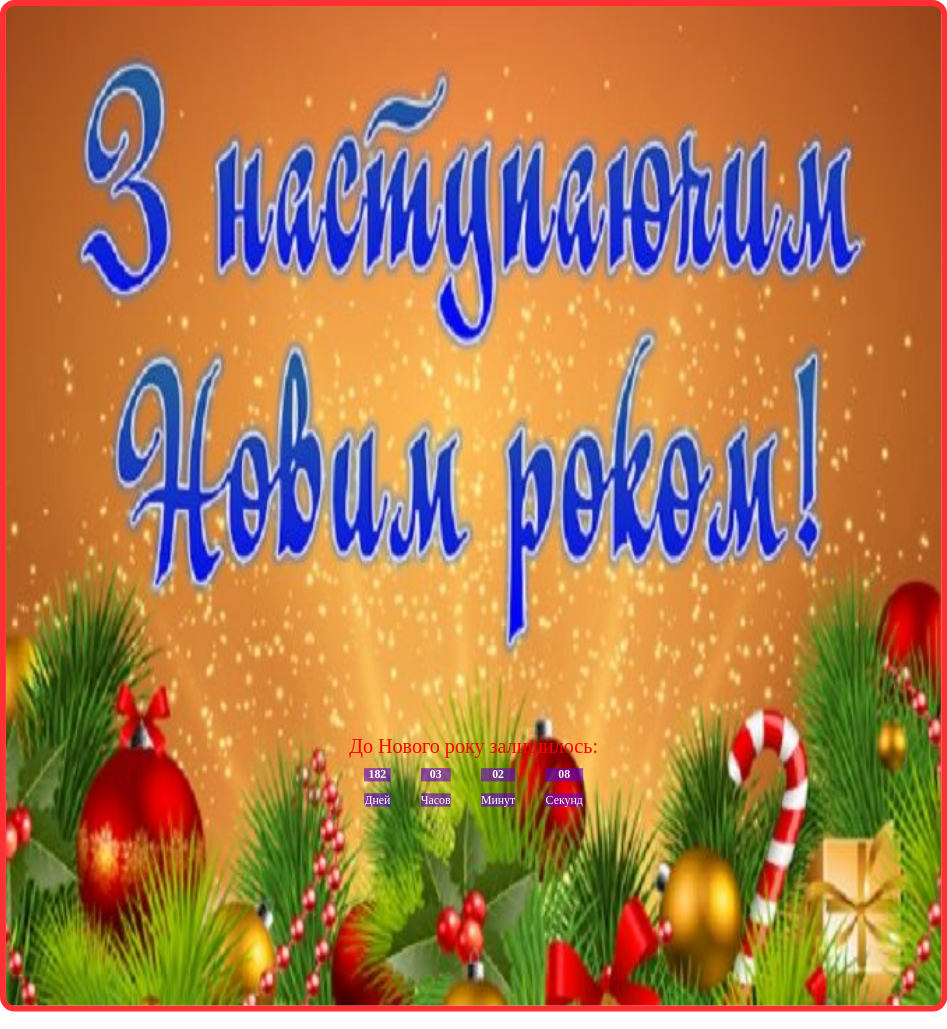
Repository: KonstantinKhamilov/JavaScript11-new-year
Page: index.html
The author's editor kept a copy of each file at every save. The page is drawn from the files as they stood at one save, then again after the next save.
The browser window is 1280 px wide. The pictures show the whole page, at 74% of full size.

Above is the page before, as saved 2024-12-29 19:13:35.

### index.html
<!DOCTYPE html>
<html lang="en">
    <head>
        <title>JavaScript11</title>

        <meta charset="utf-8">
        <meta http-equiv="X-UA-Compatible" content="IE=edge">
        <meta name="description" lang="ru" content="Стили css">
        <meta name="author" content="Константин">
        <meta name="keywords" content="Программирование, уроки JavaScript">
        <meta name="robots" content="all">
        <meta name="viewport" content="width=device-width, initial-scale=1.0">
        <link rel="stylesheet" href="newYear.css" type="text/css">
</head>

<body>
   <!--
     <h1><u>Задание 1</u></h1>
    <p>Необходимо реализовать функцию, описывающую окружность.В функции должны быть следующие компоненты:</p>
<ul type="disk">
    <li>поле, хранящее радиус окружности;</li>
    <li>get-свойство, возвращающее радиус окружности;</li>
    <li>set-свойство, устанавливающее радиус окружности;</li>
    <li>get-свойство, возвращающее диаметр окружности;</li>
    <li>метод, вычисляющий площадь окружности;</li>
    <li>метод, вычисляющий длину окружности.</li>
</ul>
       <p>Продемонстрируйте работу свойств и методов.</p>
       <p>Введите радиус окружности: </p>
       <input type="text" id="rad">
        <button onclick="showResults()">Показать результаты</button>
        <p id="output"></p>

          <h1><u>Задание 2</u></h1>
          <p>Реализуйте функцию, которая описывает css класс.функция CssClass должна содержать внутри себя:</p>
          <ul type="square">
<li>название css класса;</li>
<li>массив стилей;</li>
<li>метод для установки стиля;</li>
<li>метод для удаления стиля;</li>
<li>метод getCss(), который возвращает css код в виде строки.</li>
          </ul>

          <p>Введите название класса:</p>
    <input type="text" id="class" />
    <button onclick="showCSS()">Показать результат генерации</button>
    <p id="output1"></p>

    <p>Добавить стиль:</p>
    <input type="text" id="add-style" />
    <button onclick="addStyle()">Добавить</button>

    <p>Удалить стиль:</p>
    <input type="text" id="remove-style" />
    <button onclick="removeStyle()">Удалить</button>

  <h1><u>Задание 3</u></h1>
  <p>
    Рассчитайте, сколько дней, часов, минут и секунд осталось до Нового года. Выведите эти значения красиво,
    методом document.write() или другим с тегами -p- и
    -span- и классами для них. Стили можно записать в отдельном css-файле. Если одно из чисел будет меньше 10,
    то его нужно вывести с ведущим 0, например, так:
    Сделайте свой скрипт универсальным, задав дату следующего Нового года относительно текущей даты с помощью методов объекта Date.
  </p>
  <p>Пример вывода результата задания:</p>
<img src="D:\Full Stack\Модуль\JavaScript\JavaScript11\Безымянный1.png" alt="time">
-->
<div class="box">
  <ol class="maintext">
    <li class="text">До Нового року залишилось:</li>
   <li class="count">

<ol class="time">
  <li class="timer"><h2 id="day">00</h2><p>Дней</p></li>
  <li class="timer"><h2 id="hrs">00</h2><p>Часов</p></li>
  <li class="timer"><h2 id="min">00</h2><p>Минут</p></li>
  <li class="timer"><h2 id="sec">00</h2><p>Секунд</p></li>
</ol>
  </li>
  </ol>
</div>

    <script>
/*
        //1
function Circle(radius) {
  // Сохранение значения радиуса в свойстве объекта
  this.radius = radius;
  // Определение get-свойства для получения значения радиуса
  Object.defineProperty(this, 'radius', {
    get: function() {
      // Возвращение значения радиуса
      return radius;
    },
    // Определение set-свойства для установки значения радиуса
    set: function(value) {
      // Проверка на корректность значения радиуса
      if (value <= 0) throw new Error('Invalid radius');
      // Установка нового значения радиуса
      radius = value;
    }
  });

  // Определение get-свойства для получения значения диаметра окружности
  Object.defineProperty(this, 'diameter', {
    get: function() {
      // Возвращение значения диаметра, равного удвоенному радиусу
      return 2 * radius;
    }
  });

  // Определение метода для вычисления площади окружности
  this.area = function() {
    // Возвращение площади окружности, вычисленной как произведение числа Пи на квадрат радиуса
    return Math.PI * Math.pow(radius, 2);
  }

  // Определение метода для вычисления длины окружности
  this.circumference = function() {
    // Возвращение длины окружности, вычисленной как произведение числа Пи на удвоенный радиус
    return 2 * Math.PI * radius;
  }
}

function showResults() {
    let input = document.getElementById("rad").value;
    let circle = new Circle(input);
    let output = 'Радиус: ' + circle.radius + '<br>';
    output += 'Диаметр: ' + circle.diameter + '<br>';
    output += 'Площадь: ' + circle.area() + '<br>';
    output += 'Длинна окружности: ' + circle.circumference();
    document.getElementById("output").innerHTML = output;
  }

  //2

      // Определение функции CssClass, которая принимает название CSS класса в качестве аргумента
      function CssClass(className) {
        // Сохранение значения названия CSS класса в свойстве объекта
        this.className = className;
        // Создание пустого массива для хранения стилей CSS класса
        this.styles = [];

        // Определение метода setStyle для добавления нового стиля в массив стилей
        this.setStyle = function(style) {
          // Добавление нового стиля в конец массива стилей
          this.styles.push(style);
        }

        // Определение метода removeStyle для удаления существующего стиля из массива стилей
        this.removeStyle = function(style) {
          // Поиск индекса указанного стиля в массиве стилей
          let index = this.styles.indexOf(style);
          // Если стиль найден в массиве
          if (index !== -1) {
            // Удаление стиля из массива по найденному индексу
            this.styles.splice(index, 1);
          }
        }

        // Определение метода getCss для генерации CSS кода класса в виде строки
        this.getCss = function() {
          // Создание строки с селектором CSS класса и открывающей скобкой
          let cssString = '.' + this.className + ' {\n';
          // Цикл по всем стилям в массиве стилей
          for (let i = 0; i < this.styles.length; i++) {
            // Добавление очередного стиля в строку с отступом и точкой с запятой
            cssString += '  ' + this.styles[i] + ';\n';
          }
          // Добавление закрывающей скобки в конец строки
          cssString += '}';
          // Возвращение сгенерированной строки с CSS кодом класса
          return cssString;
        }
      }
      let myClass;

      function showCSS() {
        // Получение значения из элемента input с id 'class'
        let className = document.getElementById('class').value;
        // Создание нового объекта CssClass с названием класса из элемента input
        myClass = new CssClass(className);
        // Добавление стиля 'color: red' в массив стилей класса
        myClass.setStyle('color: red');
        // Добавление стиля 'font-size: 16px' в массив стилей класса
        myClass.setStyle('font-size: 16px');
        // Вывод сгенерированного CSS кода класса в элемент p с id 'output'
        document.getElementById('output1').innerHTML = myClass.getCss();
      }

      function addStyle() {
        if (!myClass) {
          alert('Сначала нажмите кнопку "Показать результат генерации"');
          return;
        }
        // Получение значения из элемента input с id 'add-style'
        let style = document.getElementById('add-style').value;
        // Добавление стиля в массив стилей класса
        myClass.setStyle(style);
        // Вывод обновленного CSS кода класса в элемент p с id 'output'
        document.getElementById('output1').innerHTML = myClass.getCss();
      }

      function removeStyle() {
        if (!myClass) {
          alert('Сначала нажмите кнопку "Показать результат генерации"');
          return;
        }
        // Получение значения из элемента input с id 'remove-style'
        let style = document.getElementById('remove-style').value;
        // Удаление стиля из массива стилей класса
        myClass.removeStyle(style);
        // Вывод обновленного CSS кода класса в элемент p с id 'output'
        document.getElementById('output1').innerHTML = myClass.getCss();
      }
      */

//3
const day = document.getElementById('day');
const hrs = document.getElementById('hrs');
const min = document.getElementById('min');
const sec = document.getElementById('sec');
const currentYear = new Date().getFullYear();

const newYear = new Date (`1 Jan ${currentYear + 1} 00:00:00`);

function countdownDate(){
const today = Date.now()
const gap = newYear - today;
let d = Math.floor(gap/1000/60/60/24);
let h = Math.floor((gap/1000/60/60)%24);
let m = Math.floor((gap/1000/60)%60);
let s = Math.floor((gap/1000)%60);

day.innerHTML = d<10 ? '0' + d : d;
hrs.innerHTML = h<10 ? '0' + h : h;
min.innerHTML = m<10 ? '0' + m : m;
sec.innerHTML = s<10 ? '0' + s : s;
}
setInterval(countdownDate,1000);
    </script>
</body>
</html>

### newYear.css
body {
  margin: 0;
  padding: 0;
}

@media screen and (min-width: 320px) {
  .box {
    display: flex;
    flex-direction: column;
    justify-content: center;
    background-image: url("z_nastupauschim_ng_4.jpg");
    background-repeat: no-repeat;
    background-size: 100% 100%;
    border: solid 8px;
    border-radius: 20px;
    border-color: rgb(255, 48, 52);
    height: 100%;
  }

  ol {
    list-style-type: none;
    margin: auto;
    padding: 0px;
  }

  .maintext {
    padding: 70% 0 20% 0;
  }

  .text {
    color: rgb(255, 0, 0);
    font-family: cursive;
    font-size: 1.7em;
    text-align: center;
    padding-top: 30%;
  }

  /*.count {
    display: flex;
    flex-direction: row;
    justify-content: space-around;
    width: 100%;
  }*/

  .time {
    display: flex;
    flex-direction: row;
    justify-content: space-around;
    width: 100%;
  }

  h2 {
    color: white;
    font-size: 1em;
  }

  .timer > p,
  .timer > #day,
  .timer > #hrs,
  .timer > #min,
  .timer > #sec {
    color: white;
    background-color: rgb(102, 2, 196, 0.62);
    font-size: 1em;
    text-align: center;
  }
}

After the next save:
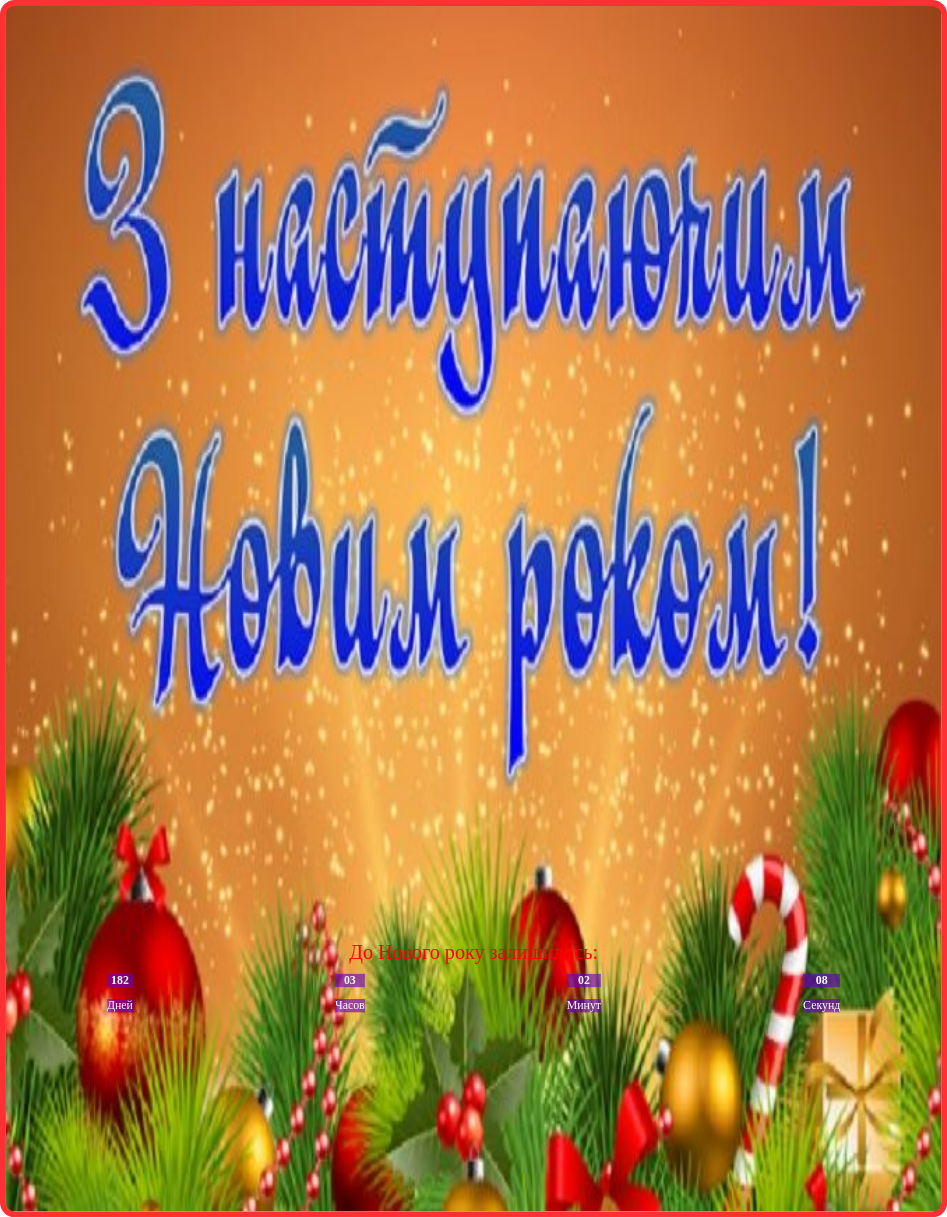
Saved 63 s later.
--- a/newYear.css
+++ b/newYear.css
@@ -5,9 +5,9 @@ body {
 
 @media screen and (min-width: 320px) {
   .box {
-    display: flex;
-    flex-direction: column;
-    justify-content: center;
+    display: block;
+    /*flex-direction: column;
+    justify-content: center;*/
     background-image: url("z_nastupauschim_ng_4.jpg");
     background-repeat: no-repeat;
     background-size: 100% 100%;
